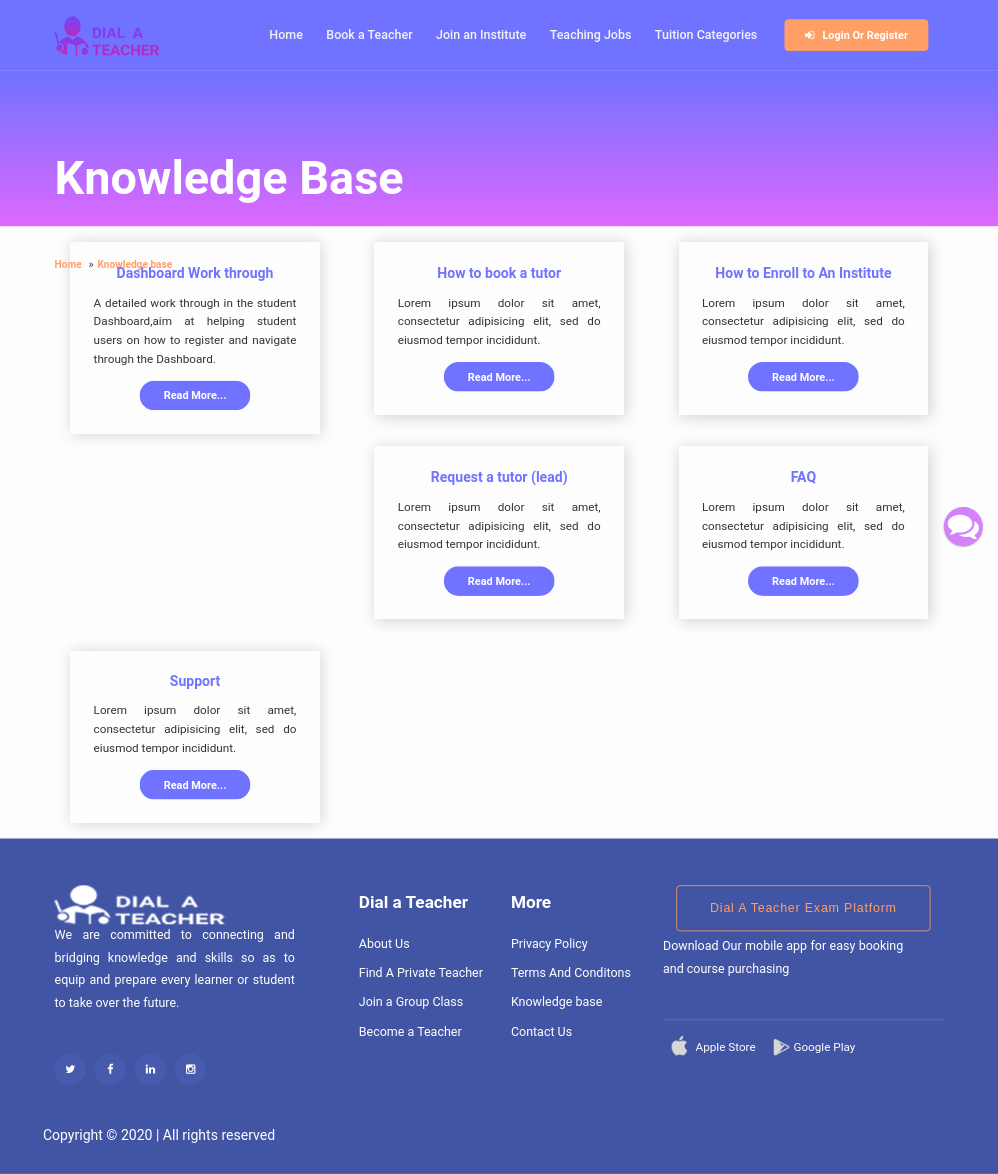
Repository: Samkiroko/DAT_knowledge
Page: stdashboard.html
An editor plug-in stored every save of this project. The page is shown before and after the next save, followed by the edit.
The browser window is 1280 px wide. The pictures show the whole page, at 78% of full size.

Above is the page before, as saved 2020-12-15 12:30:49.
Console error: TypeError: e.indexOf is not a function

After the next save:
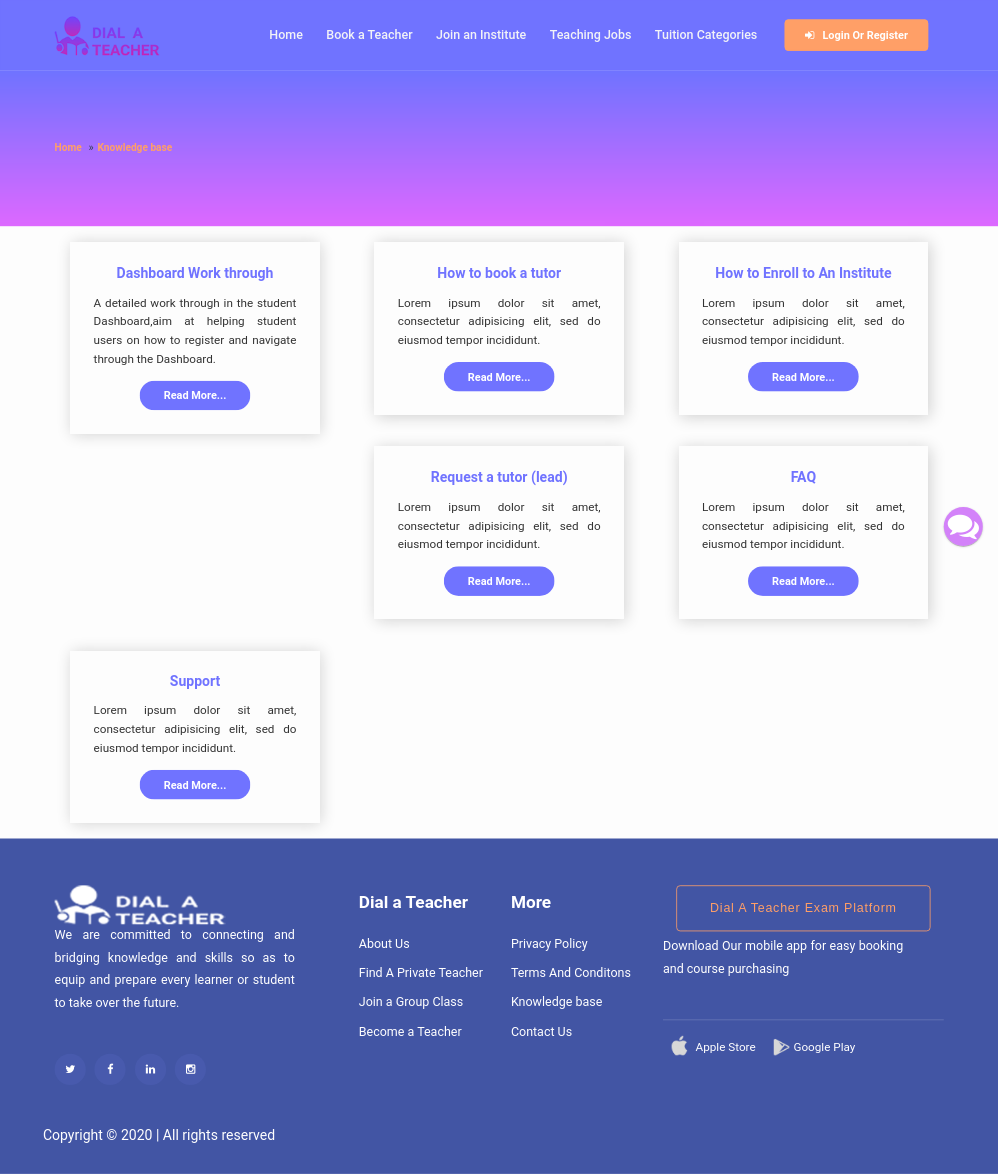
Saved 21 s later.
--- a/stdashboard.html
+++ b/stdashboard.html
@@ -96,9 +96,6 @@
             <div class="row">
               <div class="col-xl-8 col-lg-11 col-md-12">
                 <div class="hero__caption hero__caption2">
-                  <h1 data-animation="bounceIn" data-delay="0.2s">
-                    Knowledge Base
-                  </h1>
                   <!-- breadcrumb Start-->
                   <nav aria-label="breadcrumb">
                     <ol class="breadcrumb">
